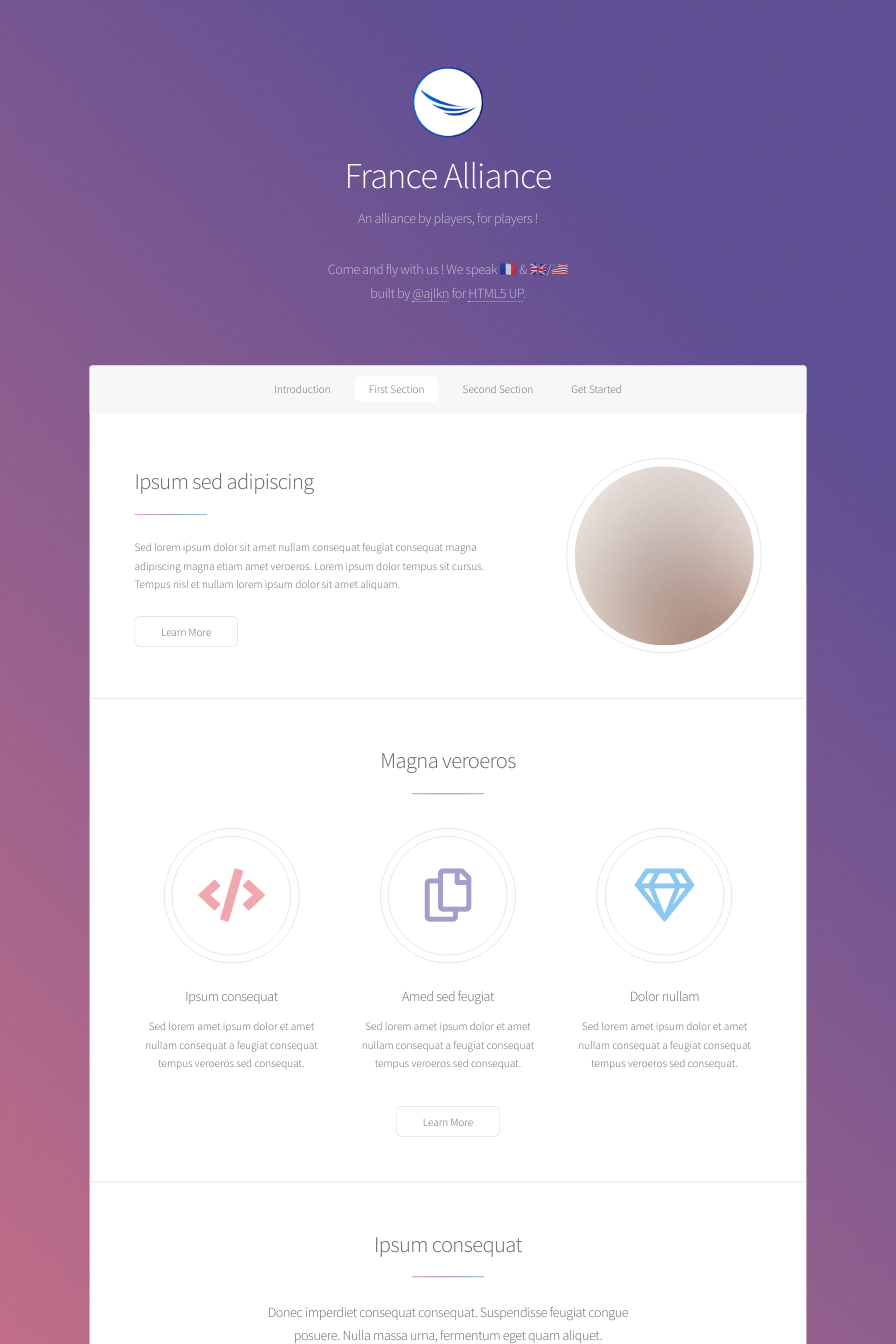
Repository: France-Alliance/France-Alliance.github.io
Page: index.html
These files come from the project's save history. The page is drawn as it stood at one moment and after the next save; the edit follows.
The browser window is 1280 px wide. The pictures show the part of the page from y = 0 to 1920 px (the page is 3366 px tall before and 3326 px after), at 70% of full size.

Above is the page before, as saved 2021-04-05 21:14:59.

After the next save:
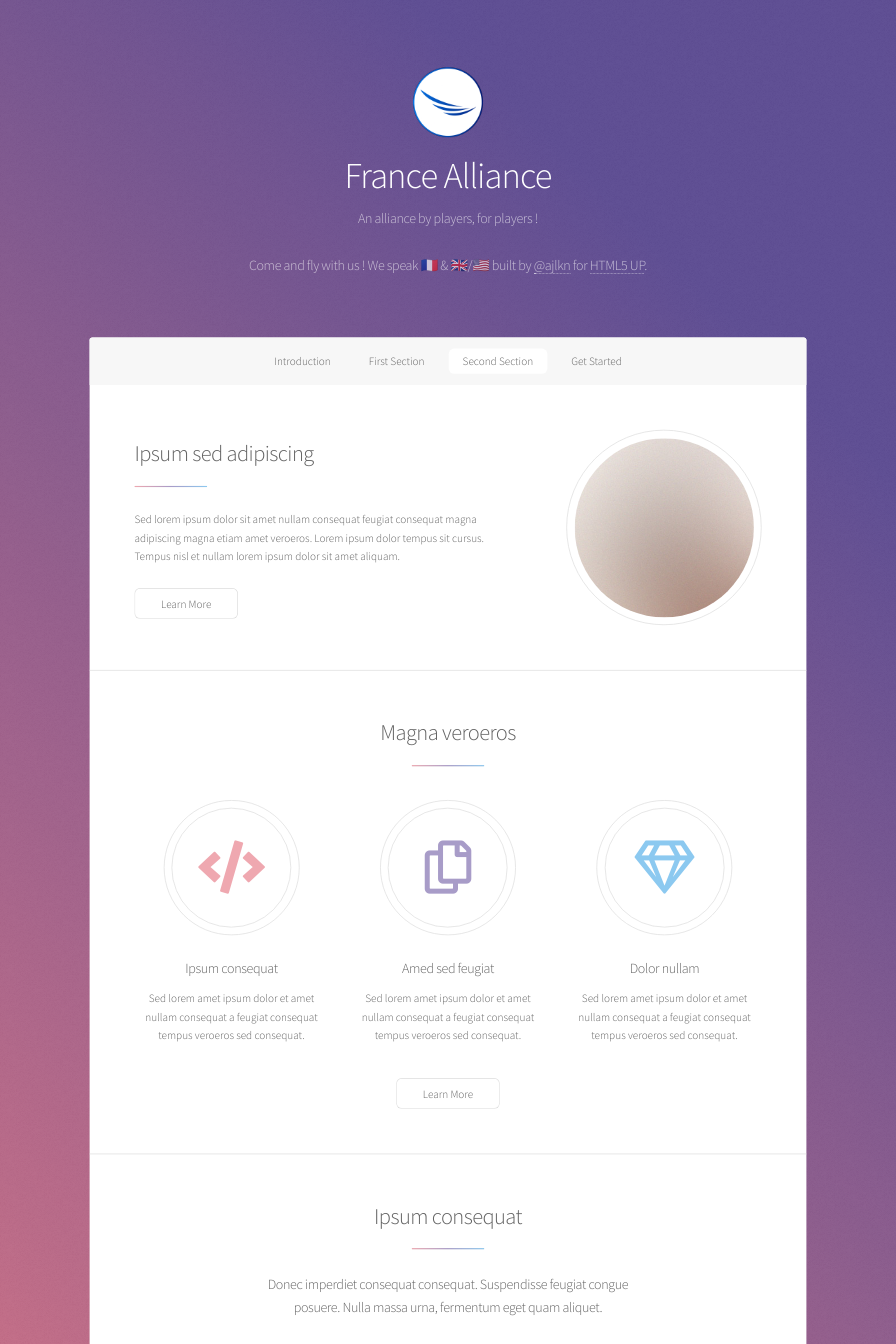
Saved 15 min 33 s later.
--- a/index.html
+++ b/index.html
@@ -22,7 +22,7 @@
 						<span class="logo"><img src="images/Fichier 1.png" alt="" /></span>
 						<h1>France Alliance</h1>
 						<p>An alliance by players, for players ! <br />
-						<p>	Come and fly with us ! We speak 🇫🇷 & 🇬🇧/🇺🇸<br />
+						<br>Come and fly with us ! We speak 🇫🇷 & 🇬🇧/🇺🇸
 						built by <a href="https://twitter.com/ajlkn">@ajlkn</a> for <a href="https://html5up.net">HTML5 UP</a>.</p>
 					</header>
 
